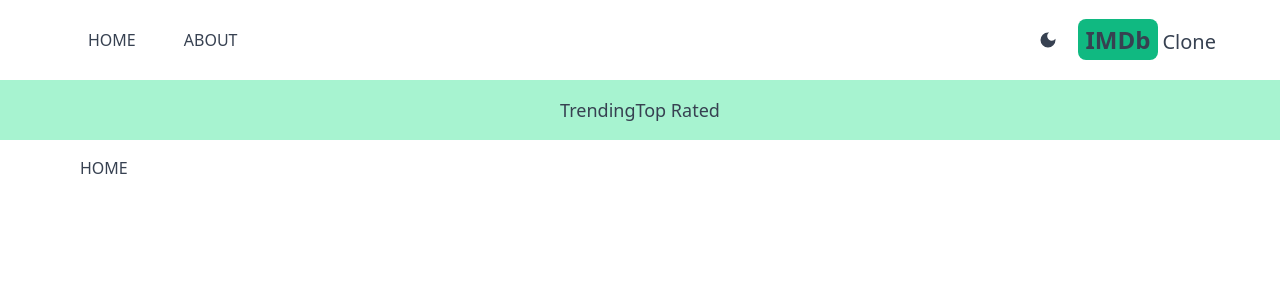
Repository: dnjfht/imdb
Page: /
These files come from the project's save history. The page is drawn as it stood at one moment and after the next save; the edit follows.
The browser window is 1280 px wide. The pictures show the whole page.
The project was rebuilt for these pictures with package versions that can differ from the ones it lists, and the page was loaded fresh each time. The framework's server and built-in components were replaced by stand-ins that run in the browser. Also part of the build but not shown: next.config.js.

Above is the page before, as saved 2023-10-02 13:19:53.

After the next save:
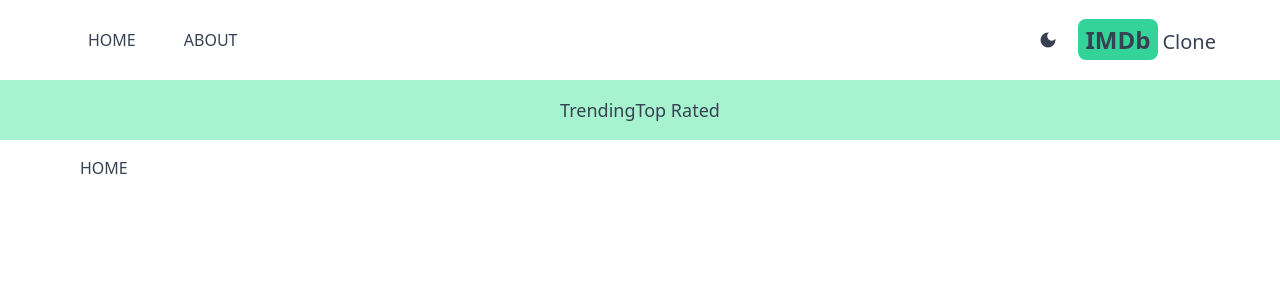
Saved 17 s later.
--- a/src/app/components/Header.jsx
+++ b/src/app/components/Header.jsx
@@ -18,7 +18,7 @@
 
         <Link href="/">
           <h2 className="text-2xl">
-            <span className="font-bold bg-emerald-500 py-1 px-2 rounded-lg mr-1">
+            <span className="font-bold bg-emerald-400 py-1 px-2 rounded-lg mr-1">
               IMDb
             </span>
             <span className="text-xl hidden sm:inline">Clone</span>
